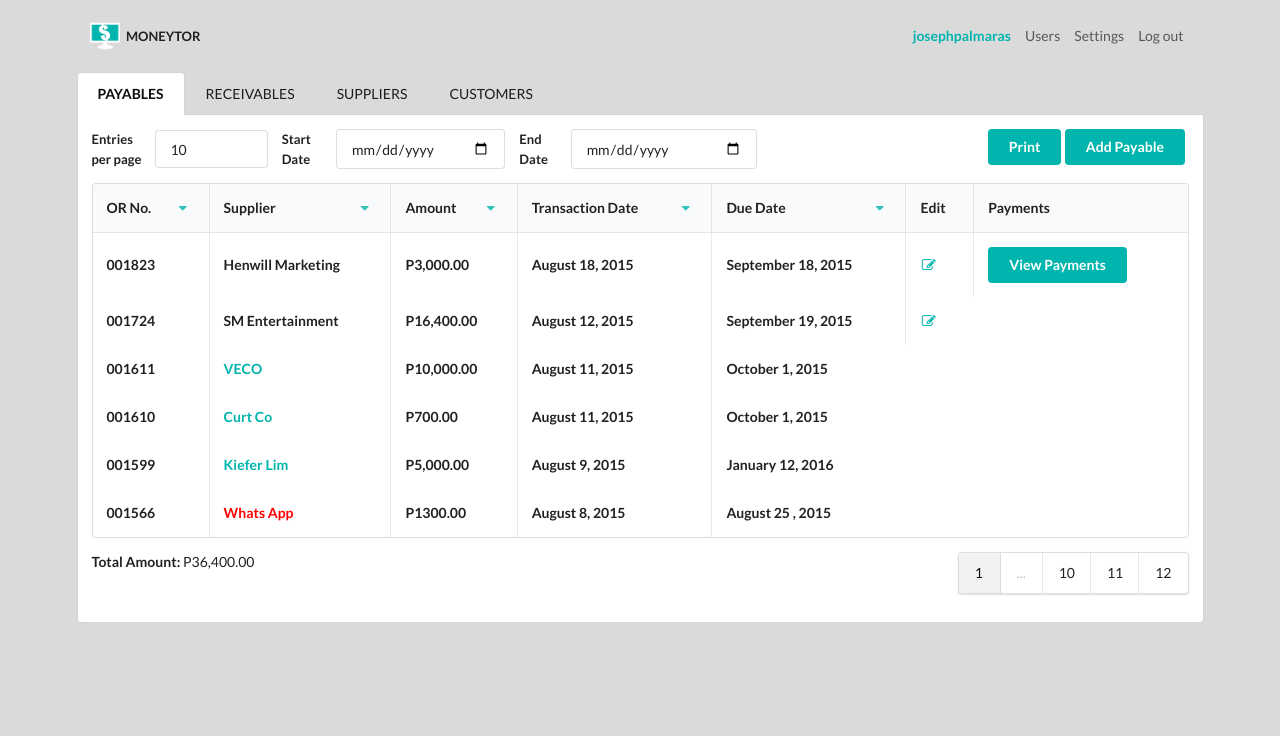
Repository: TV5/MoneyTor
Page: Workspace/MoneyTor/war/main.html
An editor plug-in stored every save of this project. The page is shown before and after the next save, followed by the edit.
The browser window is 1280 px wide. The pictures show the whole page.

Above is the page before, as saved 2015-10-01 11:07:05.

After the next save:
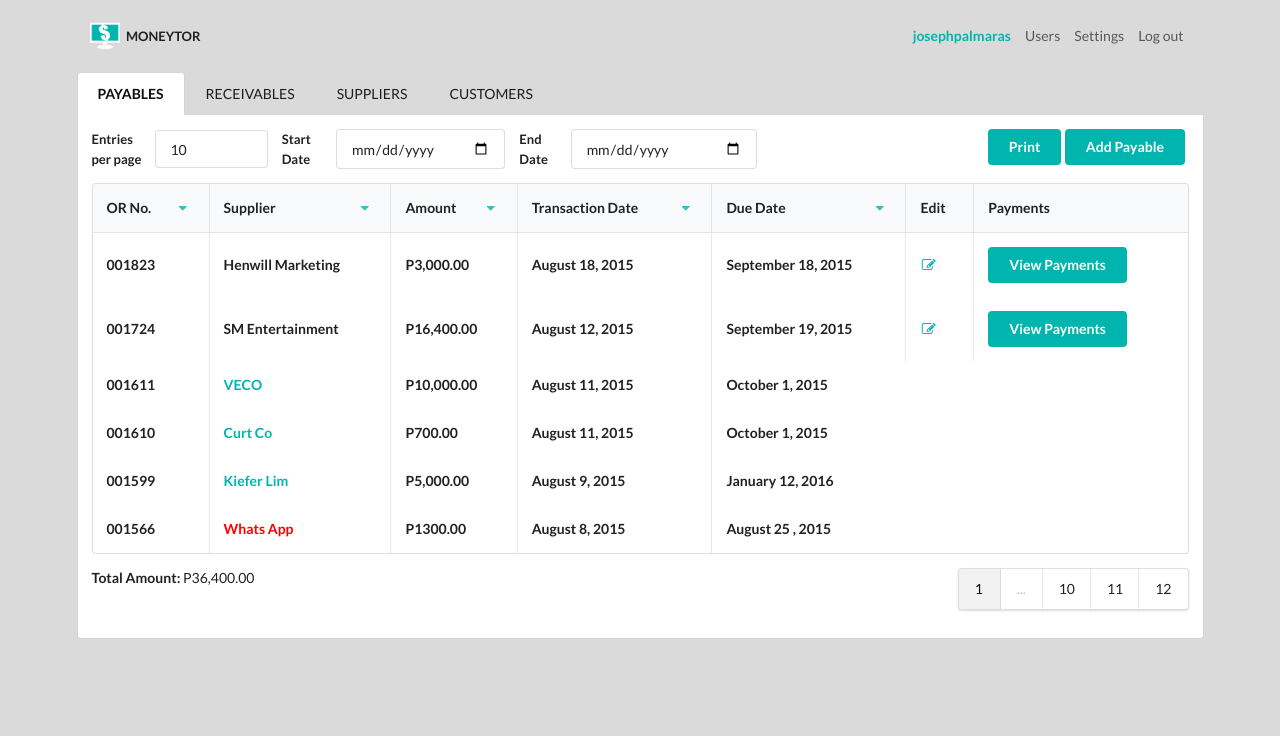
Saved 27 s later.
--- a/Workspace/MoneyTor/war/main.html
+++ b/Workspace/MoneyTor/war/main.html
@@ -162,6 +162,7 @@
 	    <th>August 12, 2015</th>
 	    <th>September 19, 2015</th>
 	    <th> <a href="#" onClick="editData()"><i class="edit icon"></i></a></th>
+	     <th> <button class="ui button teal">View Payments</button></th>
 	  	</tr>
 	  	<tr>
 	    <th>001611</th>
